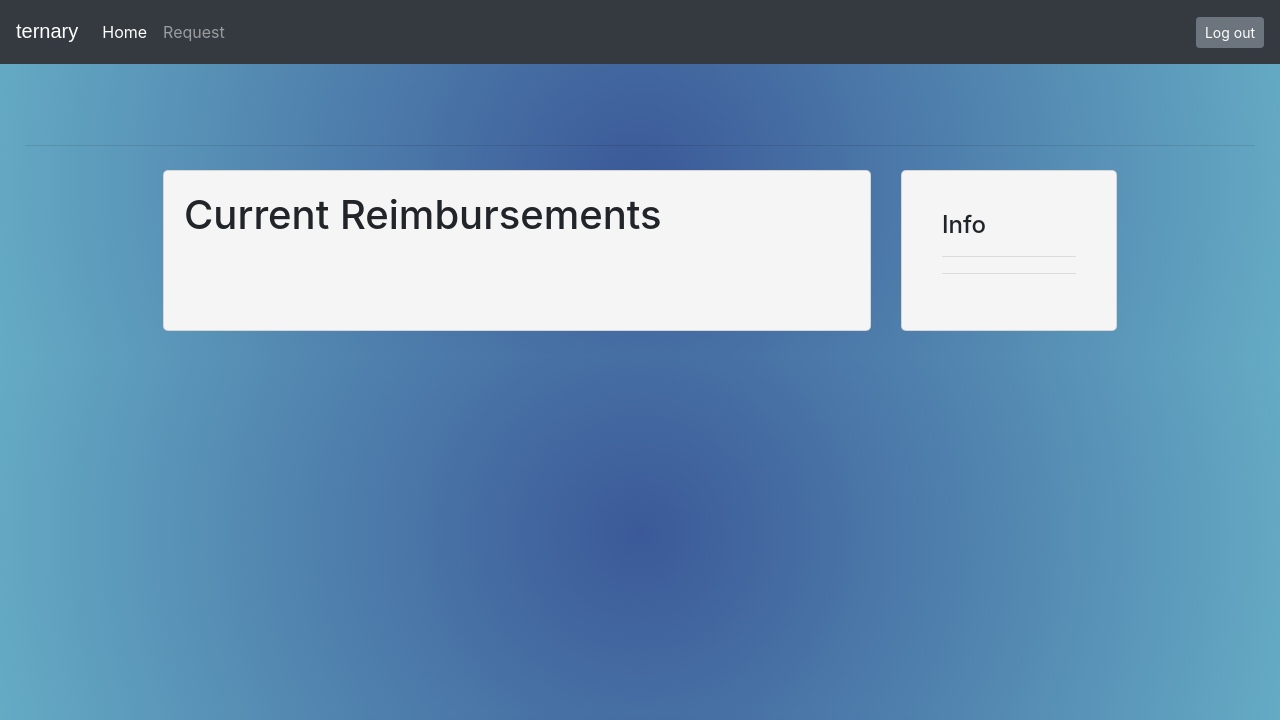
Repository: amilevich/1203PegaBatch
Page: David_Hincapie_Code/TRMS/src/main/webapp/html/home.html
An editor plug-in stored every save of this project. The page is shown before and after the next save, followed by the edit.
The browser window is 1280 px wide. The pictures show the whole page.
The page's requests for data from a server got no answer. Some web fonts or font styles are not loaded; a fallback is used. Some web libraries are served in a nearby version.

Above is the page before, as saved 2019-01-09 14:38:58.

### David_Hincapie_Code/TRMS/src/main/webapp/html/home.html
<!DOCTYPE html>
<html>
<head>
<meta charset="UTF-8">
<title>ternary Home</title>
<link href="https://fonts.googleapis.com/css?family=Ubuntu"
    rel="stylesheet">
<link rel="stylesheet"
    href="https://stackpath.bootstrapcdn.com/bootstrap/4.2.1/css/bootstrap.min.css"
    integrity="sha384-GJzZqFGwb1QTTN6wy59ffF1BuGJpLSa9DkKMp0DgiMDm4iYMj70gZWKYbI706tWS"
    crossorigin="anonymous">
<link rel=stylesheet type="text/css" href="../css/home.css">
</head>
<body>
    <nav class="navbar navbar-expand-lg navbar-dark bg-dark">
        <h2>
            <a class="navbar-brand ternary active" id="ternary" href="#">ternary</a>
        </h2>
        <button class="navbar-toggler" type="button" data-toggle="collapse"
            data-target="#navbarText" aria-controls="navbarText"
            aria-expanded="false" aria-label="Toggle navigation">
            <span class="navbar-toggler-icon"></span>
        </button>
        <div class="collapse navbar-collapse" id="navbarText">
            <ul class="navbar-nav mr-auto">
                <li class="nav-item active"><a class="nav-link"
                     onClick="onClickHome();" href=#>Home <span class="sr-only">(current)</span>
                </a></li>
                <li class="nav-item"><a class="nav-link"
                    href="reimbursement.html">Request</a></li>
            </ul>
            <form action="login.html">
                <input type="submit" class="btn btn-secondary btn-sm"
                    value="Log out" />
            </form>
        </div>
    </nav>
    <br />
    <br />
    <br />
     <br />
    <div class="container-fluid">
        <div class="mx-auto" style="width: 75%">
            <h1 class="display-4 text-white" id="greeting"></h1>
        </div>
        <hr class="my-4">
        <div class="mx-auto" style="width: 80%">
            <div class="row">
                <div class="col-sm-9 col-xs-4">
                    <div class="card  h-100">
                        <h1>Current Reimbursements</h1>
                        <form id="myForm" method="POST" action="viewRequest.do">
                            <div id="requests" class="container"></div>
                        </form>

                    </div>
                </div>
                <div class="col-sm-3 col-xs-2">
                    <div class="card ">
                        <div class="card-body">
                            <h4>Info</h4>
                            <hr>
                            <p id="name"></p>
                            <p id="email"></p>
                            <p id="phoneNumber"></p>
                            <hr>
                            <p id="employeeId"></p>
                            <p id="jobTitle"></p>
                            <p id="departmentName"></p>
                            <p id="reportTo"></p>
                            <p id="reimbursementFunds"></p>
                        </div>
                    </div>
                </div>
            </div>
        </div>
    </div>
    <script src="../js/home.js"></script>
    <script src="https://code.jquery.com/jquery-3.3.1.slim.min.js"
        integrity="sha384-q8i/X+965DzO0rT7abK41JStQIAqVgRVzpbzo5smXKp4YfRvH+8abtTE1Pi6jizo"
        crossorigin="anonymous"></script>
    <script
        src="https://cdnjs.cloudflare.com/ajax/libs/popper.js/1.14.6/umd/popper.min.js"
        integrity="sha384-wHAiFfRlMFy6i5SRaxvfOCifBUQy1xHdJ/yoi7FRNXMRBu5WHdZYu1hA6ZOblgut"
        crossorigin="anonymous"></script>
    <script
        src="https://stackpath.bootstrapcdn.com/bootstrap/4.2.1/js/bootstrap.min.js"
        integrity="sha384-B0UglyR+jN6CkvvICOB2joaf5I4l3gm9GU6Hc1og6Ls7i6U/mkkaduKaBhlAXv9k"
        crossorigin="anonymous"></script>
</body>
</html>

### David_Hincapie_Code/TRMS/src/main/webapp/css/home.css
@charset "UTF-8";

body {
	background: #9CECFB;
	/* fallback for old browsers */
	background: -webkit-linear-gradient(to right, #0052D4, #65C7F7, #9CECFB);
	/* Chrome 10-25, Safari 5.1-6 */
	background: repeating-radial-gradient(circle, #3b5998, #65ABC4);
	/* W3C, IE 10+/ Edge, Firefox 16+, Chrome 26+, Opera 12+, Safari 7+ */
	max-height: 100%;
	max-width: 100%;
}

.ternary {
	text-align: center;
	font-family: 'Ubuntu', sans-serif;
	color: white;
}

.jumbotron {
	border-radius: 1rem;
}

 @charset "UTF-8";

body {
	background: #9CECFB;
	/* fallback for old browsers */
	background: -webkit-linear-gradient(to right, #0052D4, #65C7F7, #9CECFB);
	/* Chrome 10-25, Safari 5.1-6 */
	background: repeating-radial-gradient(circle, #3b5998, #65ABC4);
	/* W3C, IE 10+/ Edge, Firefox 16+, Chrome 26+, Opera 12+, Safari 7+ */
	max-height: 100%;
	max-width: 100%;
}

.navbar {
	position: fixed;
	width: 100%;
	z-index: 1;
}

.ternary {
	text-align: center;
	font-family: 'Ubuntu', sans-serif;
	color: darkgrey;
}

.jumbotron {
	border-radius: 1rem;
}

.table {
	border-radius: 10px;
}

.card {
	background-color: whitesmoke;
	border-radius: 5px;
	padding: 20px;
}

.dispaly-4 {
	padding: 10px;
}

.container-fluid {
	padding: 25px;
}

.row {
	padding-right: 15px;
	padding-left: 15px;
}

.card-body {

}

.navbar {

}

.table {
	border-radius: 10px;
}

.card {
	background-color: whitesmoke;
	border-radius: 5px;
	padding: 20px;
}

.card-body {

}

.navbar {

}

### David_Hincapie_Code/TRMS/src/main/webapp/js/home.js
/**
 *
 */

var employee;

window.onload = function() {
	getEmployeeInfo();
	getSupervisorInfo();
	getPendingRequests();
}

function getEmployeeInfo() {
	console.log("IN getEmployeeInfo()");
	let xhttp = new XMLHttpRequest();
	xhttp.onreadystatechange = function() {
		if (xhttp.readyState == 4 && xhttp.status == 200) {
			employee = JSON.parse(xhttp.responseText);
			setEmployeeValues(employee);
		}
	}

	xhttp.open("GET", 'http://localhost:8080/TRMS/html/EmployeeJSON.do', true);
	xhttp.send();
}

function getSupervisorInfo() {
	console.log("IN getSupervisorInfo()");
	let xhttp = new XMLHttpRequest();
	xhttp.onreadystatechange = function() {
		if (xhttp.readyState == 4 && xhttp.status == 200) {
			let supervisor = JSON.parse(xhttp.responseText);
			setSupervisorValues(supervisor);
		}
	}

	xhttp
			.open("GET", 'http://localhost:8080/TRMS/html/SupervisorJSON.do',
					true);
	xhttp.send();
}

function setEmployeeValues(employee) {
	console.log("IN setEmployeeValues()");
	document.getElementById("greeting").innerHTML = "Hello, "
			+ employee.firstName + "!";
	document.getElementById("name").innerHTML = employee.firstName + " "
			+ employee.lastName;
	document.getElementById("email").innerHTML = employee.email;
	document.getElementById("phoneNumber").innerHTML = employee.phoneNumber;
	document.getElementById("employeeId").innerHTML = "Employee ID: "
			+ employee.employeeId;
	document.getElementById("jobTitle").innerHTML = "Position: "
			+ employee.jobTitle;
	document.getElementById("departmentName").innerHTML = "Department: "
			+ employee.departmentName;

	document.getElementById("reimbursementFunds").innerHTML = "Available funds: $"
			+ employee.refund;
}

function setSupervisorValues(supervisor) {
	console.log("IN setSupervisorValues()");
	if (supervisor) {
		document.getElementById("reportTo").innerHTML = "Supervisor: "
				+ supervisor.firstName + " " + supervisor.lastName;
	}
}

function onClick(id) {

	document.getElementById("reqId").value = id;
	document.getElementById("myForm").submit();
}

function onClickHome() {
	console.log("onClickHome");
	document.getElementById("myForm").action = "home.do";
	document.getElementById("myForm").submit();
}

function getPendingRequests() {
	let xhttp = new XMLHttpRequest();
	xhttp.onreadystatechange = function() {
		if (xhttp.readyState == 4 && xhttp.status == 200) {
			let requests = JSON.parse(xhttp.responseText);
			console.log("responseText=" + xhttp.responseText);
			buildHTMLtable(requests);
		}
	}
	xhttp.open("GET", 'http://localhost:8080/TRMS/html/PendingRequestsJSON.do',
			true);
	xhttp.send();
}
function buildHTMLtable(requests) {

//	var dirMgrApproval = "";
//	var deptHeadApproval = "";
//	var bencoApproval = "";
	var htmlString = '<table class="table table-hover">';
	htmlString = htmlString
			+ '<input type="hidden" id="reqId" name="reqId" value=""></input>';
	htmlString = htmlString + '<thead class="thead-dark">';
	htmlString = htmlString + '<th scope="col">Request ID</th>';
	htmlString = htmlString + '<th scope="col">Event Type</th>';
	htmlString = htmlString + '<th scope="col">Completed</th>';
	htmlString = htmlString + '<th scope="col">Amount</th>';
	htmlString = htmlString + '<th scope="col">Status</th>';
	htmlString = htmlString + '</thead>';
	htmlString = htmlString + '<tbody>';

	for (var i = 0; i < requests.length; i++) {

		if (requests[i].directMgrApproval != 0) {
			dirMgrApproval = "Approved";
		} else {
			dirMgrApproval = "Pending";
		}

		if (requests[i].deptHeadApproval != 0) {
			deptHeadApproval = "Approved";
		} else {
			deptHeadApproval = "Pending";
		}

		if (requests[i].bencoApproval != 0) {
			bencoApproval = "Approved";
		} else {
			bencoApproval = "Pending";
		}

		htmlString = htmlString
				+ '<tr data-toggle="collapse" data-target="#moreinfo'
				+ requests[i].requestId + '" '
				+ 'aria-expanded="false" aria-controls="moreinfo'
				+ requests[i].requestId + '" >';
		htmlString = htmlString + '<td>' + requests[i].requestId + '</td>';
		htmlString = htmlString + '<td>' + requests[i].eventType + '</td>';

		let day = requests[i].reimbursementDate.dayOfMonth;
		let month = requests[i].reimbursementDate.monthValue; // Month is 0-indexed
		let year = requests[i].reimbursementDate.year;

		htmlString = htmlString + '<td>' + month +'/' + day + '/'+ year
				+ '</td>';
		htmlString = htmlString + '<td>' + requests[i].projectedReimbursement
				+ '</td>';
		htmlString = htmlString + '<td>' + requests[i].status + '</td>';
		htmlString = htmlString + '</tr>';

		htmlString = htmlString + '<tr class="collapse" id="moreinfo'
				+ requests[i].requestId + '">';
		htmlString = htmlString + '<td colspan="6">';
		htmlString = htmlString + '<div class="container">Description:</div>';
		htmlString = htmlString + '<div class="container">'
				+ requests[i].eventDescription + '</div>';
		htmlString = htmlString + '<br/>';
		htmlString = htmlString + '<div class="row">';


		 day = requests[i].eventStart.dayOfMonth;
		 month = requests[i].eventStart.monthValue; // Month is 0-indexed
		 year = requests[i].eventStart.year;
		htmlString = htmlString + '<div class="col-4">Event Start: '
				+ month +'/' + day + '/'+ year + '</div>';

		 day = requests[i].eventEnd.dayOfMonth;
		 month = requests[i].eventEnd.monthValue; // Month is 0-indexed
		 year = requests[i].eventEnd.year;
		htmlString = htmlString + '<div class="col-4">Event End: '
				+ month +'/' + day + '/'+ year + '</div>';
		htmlString = htmlString + '</div>';
		htmlString = htmlString + '<br/>';
		htmlString = htmlString + '<div class="row">';
		htmlString = htmlString + '<div class="col-4">Direct Manager: '
				+ dirMgrApproval + '</div>';
		htmlString = htmlString + '<div class="col-6">Department Head: '
				+ deptHeadApproval + '</div>';
		htmlString = htmlString + '<div class="col-4">BenCo: ' + bencoApproval
				+ '</div>';
		htmlString = htmlString + '</div>';
		htmlString = htmlString + '<br/>';
		htmlString = htmlString + '<div class="row">';
		htmlString = htmlString + '<div class="col-8"></div>';
		htmlString = htmlString + '<div class="col-4" align="center">';
		htmlString = htmlString + '<input type="button" onClick="onClick('
				+ requests[i].requestId
				+ ');" class="btn btn-outline-dark" value="View More"></input>';
		htmlString = htmlString + '</div>';
		htmlString = htmlString + '</div>';
		htmlString = htmlString + '</td>';
		htmlString = htmlString + '</tr>';

	}

	htmlString = htmlString + '</table>';

	var divContainer = document.getElementById("requests");
	divContainer.innerHTML = "";
	divContainer.innerHTML = htmlString;

}

After the next save:
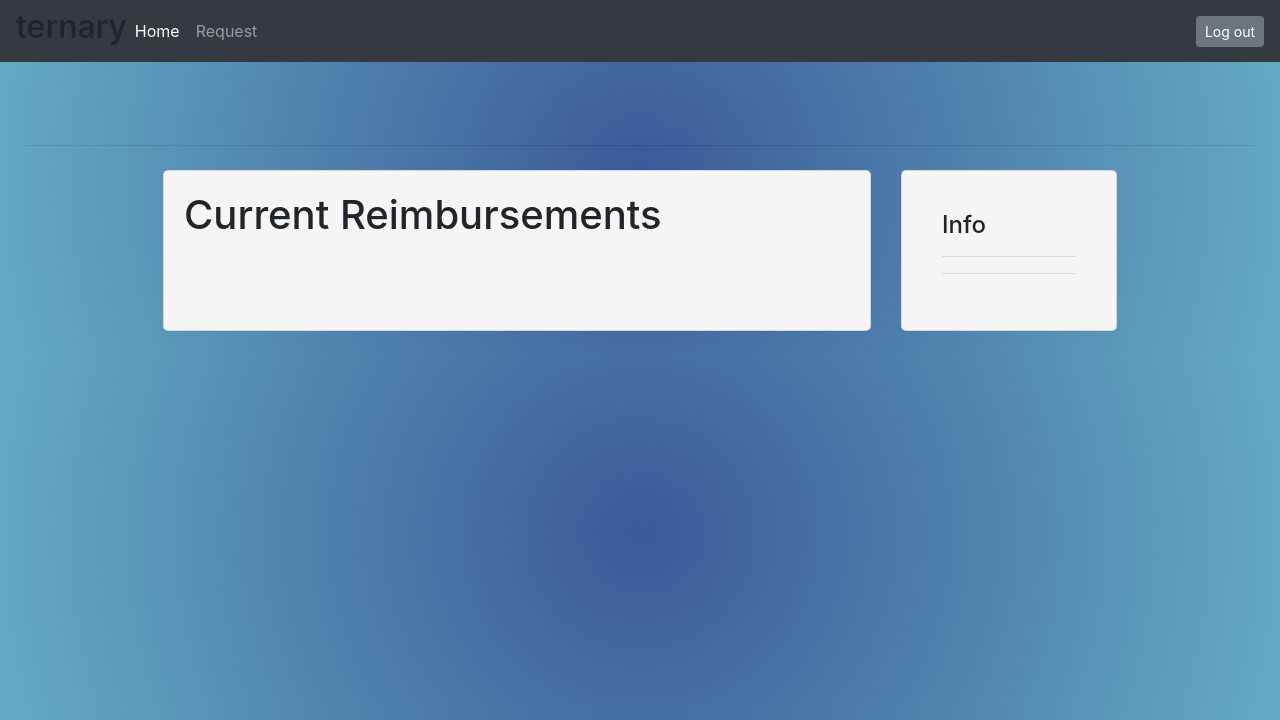
Saved 54 s later.
--- a/David_Hincapie_Code/TRMS/src/main/webapp/html/home.html
+++ b/David_Hincapie_Code/TRMS/src/main/webapp/html/home.html
@@ -14,7 +14,7 @@
 <body>
     <nav class="navbar navbar-expand-lg navbar-dark bg-dark">
         <h2>
-            <a class="navbar-brand ternary active" id="ternary" href="#">ternary</a>
+            ternary
         </h2>
         <button class="navbar-toggler" type="button" data-toggle="collapse"
             data-target="#navbarText" aria-controls="navbarText"

After the save that followed:
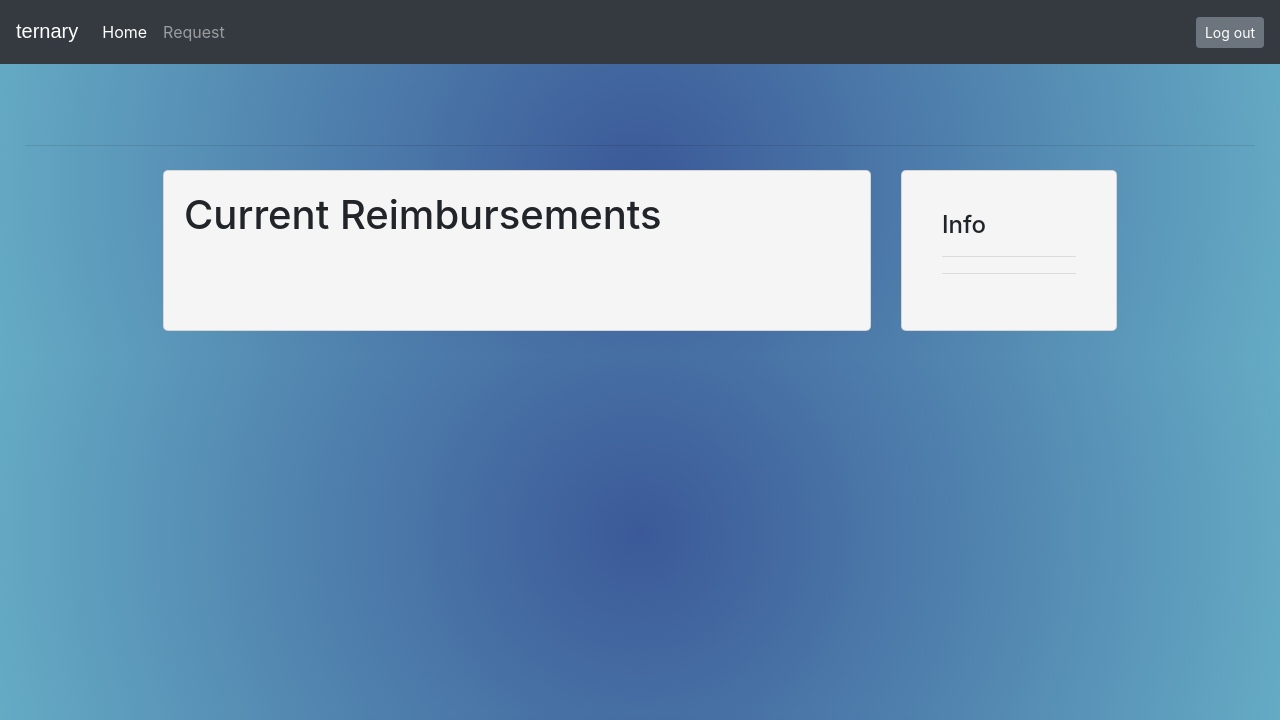
Saved 42 s later.
--- a/David_Hincapie_Code/TRMS/src/main/webapp/html/home.html
+++ b/David_Hincapie_Code/TRMS/src/main/webapp/html/home.html
@@ -14,7 +14,7 @@
 <body>
     <nav class="navbar navbar-expand-lg navbar-dark bg-dark">
         <h2>
-            ternary
+            <a class="navbar-brand ternary inactiveLink" id="ternary" href="#">ternary</a>
         </h2>
         <button class="navbar-toggler" type="button" data-toggle="collapse"
             data-target="#navbarText" aria-controls="navbarText"
